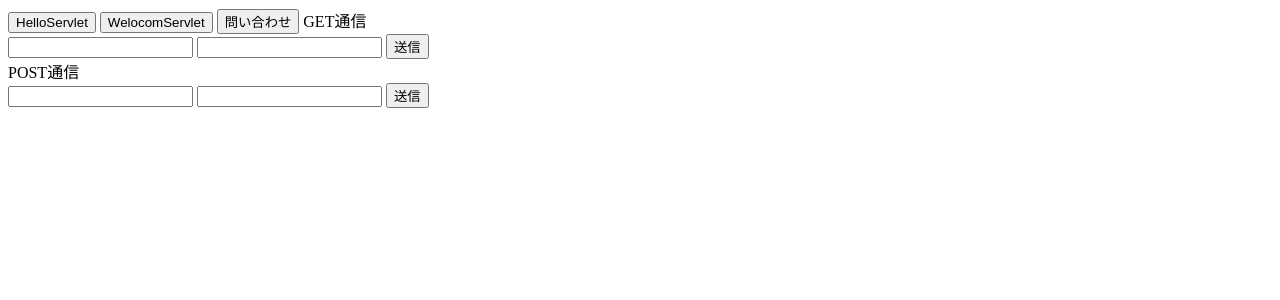
Repository: unosaan/test
Page: http://localhost/HelloServlet/
An editor plug-in stored every save of this project. The page is shown before and after the next save, followed by the edit.
The browser window is 1280 px wide. The pictures show the whole page.
The page is served by Tomcat 9. Other server files are loaded and not shown.

Above is the page before, as saved 2018-04-06 12:52:35.

### HelloServlet/WebContent/index.jsp
<%@ page language="java" contentType="text/html; charset=UTF-8"
    pageEncoding="UTF-8"%>
<!DOCTYPE html >
<html>
<head>
<meta charset="UTF-8">
<title>HelloServlet</title>
</head>
<body>
<input type="button" value="HelloServlet" onClick="location.href='HelloServlet'">
<input type="button" value="WelocomServlet" onClick="location.href='welcome.jsp'">
<input type="button" value="問い合わせ" onClick="location.href='inquiry.jsp'">
GET通信
<form method="get" action="TestServlet">
<input type="text" name="username">
<input type="password" name="password">
<input type="submit" value="送信">
</form>
POST通信
<form method="post" action="TestServlet">
<input type="text" name="uesrname">
<input type="password" name="password">
<input type="submit" value="送信">
</form>
</body>
</html>

After the next save:
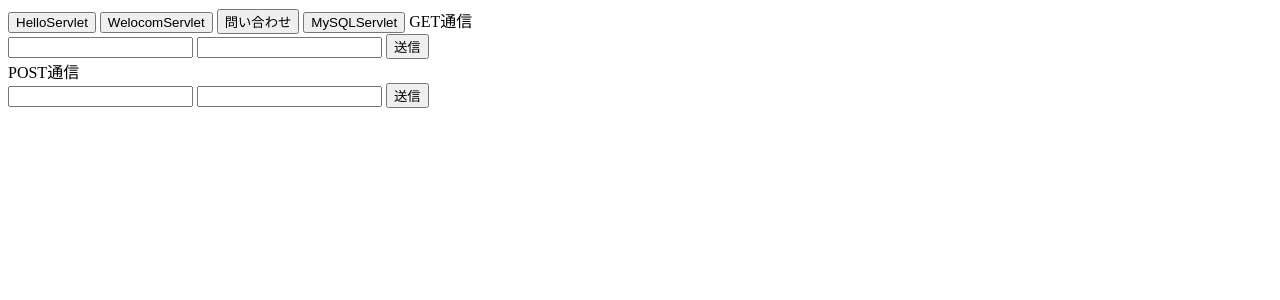
Saved 2 days later.
--- a/HelloServlet/WebContent/index.jsp
+++ b/HelloServlet/WebContent/index.jsp
@@ -10,6 +10,8 @@
 <input type="button" value="HelloServlet" onClick="location.href='HelloServlet'">
 <input type="button" value="WelocomServlet" onClick="location.href='welcome.jsp'">
 <input type="button" value="問い合わせ" onClick="location.href='inquiry.jsp'">
+<input type="button" value="MySQLServlet" onClick="loction.href='MySQLServlet'">
+
 GET通信
 <form method="get" action="TestServlet">
 <input type="text" name="username">
